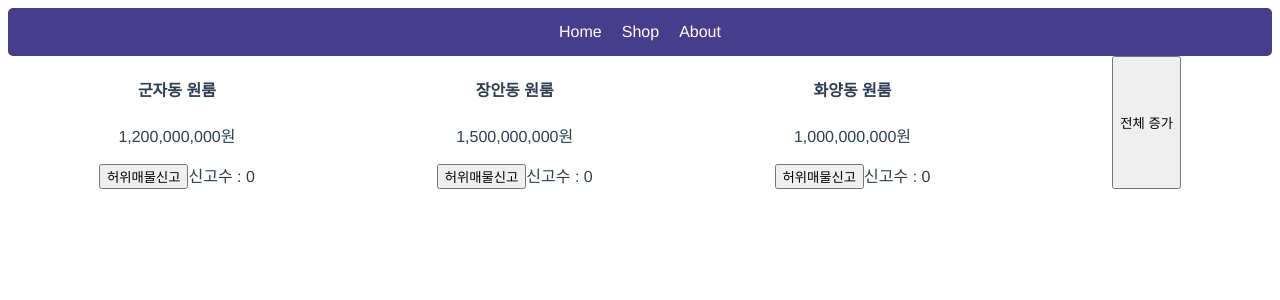
Repository: jy0813/Function
Page: / (app in function/)
An editor plug-in stored every save of this project. The page is shown before and after the next save, followed by the edit.
The browser window is 1280 px wide. The pictures show the whole page.
The project was rebuilt for these pictures with package versions that can differ from the ones it lists, and the page was loaded fresh each time.

Above is the page before, as saved 2022-02-23 16:22:07.

After the next save:
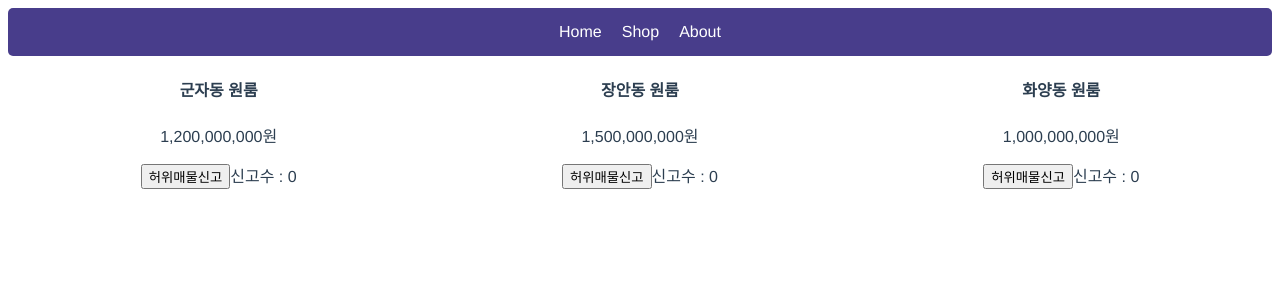
Saved 3 min 16 s later.
--- a/function/src/App.vue
+++ b/function/src/App.vue
@@ -9,7 +9,6 @@
   <button @click="reportBtn(index)">허위매물신고</button>
   <span>신고수 : {{item.report}}</span>
 </div>
-<button type="button" @click="allCountUp">전체 증가</button>
 </div>
 </template>
 
@@ -48,11 +47,6 @@ export default {
     reportBtn(index) {
       this.rooms[index].report += 1;
     },
-    allCountUp() {
-      this.rooms.forEach((item) => {
-        item.report += 1;
-      })
-    }
    }
 }
 </script>
